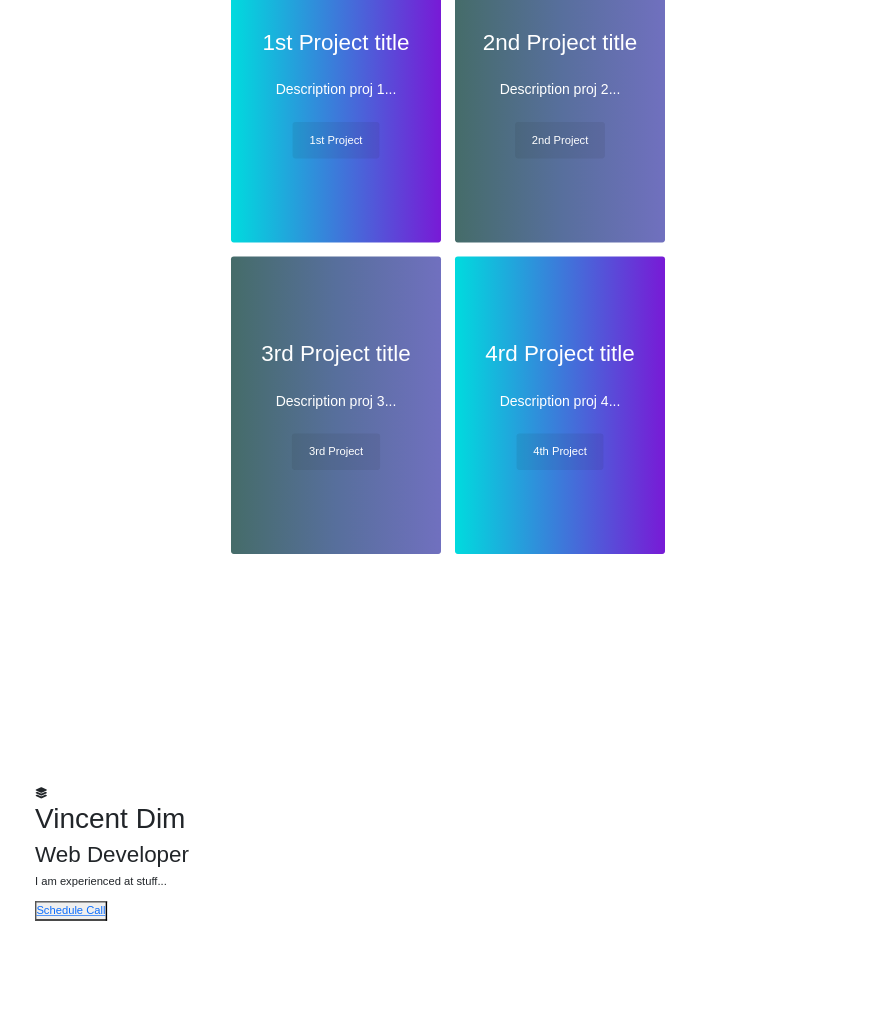
Repository: dvynchi/profile-2022
Page: index.html
These files come from the project's save history. The page is drawn as it stood at one moment and after the next save; the edit follows.
The browser window is 1280 px wide. The pictures show the part of the page from y = 1316 to 3236 px (the page is 2791 px tall before and 3236 px after), at 70% of full size.
A picture or video elsewhere on the page could not be fetched, so the positions and the page height are approximate. Some web libraries are served in a nearby version.

Above is the page before, as saved 2022-08-15 12:53:00.

### index.html
<!DOCTYPE html>
<html lang="en">
<head>
    <meta charset="UTF-8">
    <meta http-equiv="X-UA-Compatible" content="IE=edge">
    <meta name="viewport" content="width=device-width, initial-scale=1.0">
    <title>Vincent Dim</title>
    <!-- embed remote icon library -->
    <script src="https://kit.fontawesome.com/f634dfbd28.js" crossorigin="anonymous"></script>
    <link rel="stylesheet" href="styles.css">
    <!-- embed remote style sheet - bootstrap -->
    <link rel="stylesheet" href="https://cdn.jsdelivr.net/npm/bootstrap@5.2.0/dist/css/bootstrap.min.css" rel="stylesheet" integrity="sha384-gH2yIJqKdNHPEq0n4Mqa/HGKIhSkIHeL5AyhkYV8i59U5AR6csBvApHHNl/vI1Bx" crossorigin="anonymous">
</head>

<body>

    <!-- Navbar Section -->

    <nav class="navbar">
        <div class="navbar_container">
            <a href="#about" id="navbar_logo"><i class="fa fa-home fa" aria-hidden="true"></i></a>  <!--<a> is used to create hyperlink named color-->

            <!--create hamburger menu (3 bars)-->

            <div class="navbar_toggle" id="mobile-menu">
                <span class="bar"></span>
                <span class="bar"></span>
                <span class="bar"></span>
            </div>

            <!--CREATE NAV MENU-->

            <ul class="navbar_menu">
                <!-- <li class="navbar_item">
                    <a href="#home" class="navbar_links" id="home-page">Home</a>
                </li> -->

                <li class="navbar_item">
                    <a href="#about" class="navbar_links" id="about-page">About</a>
                </li>

                <li class="navbar_item">
                    <a href="#projects" class="navbar_links" id="projects-page">Projects</a>
                </li>

                <li class="navbar_item">
                    <a href="#contact" class="navbar_links" id="contact-page">Contact Me</a>
                </li>

            </ul>
        </div>
    </nav>

    <!-- ABOUT SECTION -->
    <div class="main" id="about">
        <div class="main_container">
             <!-- SIDE BAR SECTION -->
             <div class="row">
                <div class="col-md-4 mt-1">
                    <div class="card text-center sidebar">
                        <div class="card-body">
                            <img src="vincent-image.jpg" class="rounded-circle" width="150" alt="profile picture here">
                            <div class="mt-3"><h3>Vincent Dim</h3></div>
                        </div>
                    </div>
                </div>

                <div class="col-md-8 mt-1">
                    <div class="card mb-3 content">
                        <h1 class="m-3 pt-3">About</h1>
                        <div class="card-body">
                            <div class="row">
                                <div class="col-md-3"><h5>Name</h5></div>
                                <div class="col-md-9 text-secondary"> Vincent Dim </div>
                            </div>
                            <hr> <!-- line break -->

                            <div class="row">
                                <div class="col-md-3"><h5>Email</h5></div>
                                <div class="col-md-9 text-secondary"> dvynchi@gmail.com</div>
                            </div>
                            <hr> <!-- line break -->

                            <div class="row">
                                <div class="col-md-3"><h5>Phone</h5></div>
                                <div class="col-md-9 text-secondary">647 704 2657</div>
                            </div>
                            <hr> <!-- line break -->

                            <div class="row">
                                <div class="col-md-3"><h5>Address</h5></div>
                                <div class="col-md-9 text-secondary">118 Vaughan Street, Guelph, ON</div>
                            </div>
                        </div>
                    </div>

                    <div class="card mb-3 content">
                        <h1 class="m-3">Portfolio</h1>
                        <div class="card-body">
                            <div class="row">
                                <div class="col-md-3">
                                    <h5>Current Portfolio</h5>
                                </div>
                                <div class="col-md-9 text-secondary">Link</div>
                            </div>
                        </div>
                    </div>
                </div>
            </div>
        </div>
    </div>

    <!-- PROJECTS SECTION (use image tag in place of p to insert an image)-->

    <div class="projects" id="projects">
        <h1>My Projects</h1>
        <div class="projects_wrapper">
            <div class="projects_card">
                <h2>1st Project title</h2>
                <p>Description proj 1...</p>
                <div class="projects_btn"><button>1st Project</button></div>
            </div>
            <!-- ------------------------- -->
            <div class="projects_card">
                <h2>2nd Project title</h2>
                <p>Description proj 2...</p>
                <div class="projects_btn"><button>2nd Project</button></div>
            </div>
            <!-- ------------------------- -->
            <div class="projects_card">
                <h2>3rd Project title</h2>
                <p>Description proj 3...</p>
                <div class="projects_btn"><button>3rd Project</button></div>
            </div>
            <!-- ------------------------- -->
            <div class="projects_card">
                <h2>4rd Project title</h2>
                <p>Description proj 4...</p>
                <div class="projects_btn"><button>4th Project</button></div>
            </div>
        </div>
    </div>

    <!-- CONTACT SECTION (use image tag in place of p to insert an image)-->

    <div class="main" id="contact">
        <div class="main_container">
            <div class="main_img--container">
                <div class="main_img--card"><i class="fas fa-layer-group"></i></div>
            </div>
            <div class="main_content">
                <h1>Vincent Dim</h1>
                <h2>Web Developer</h2>
                <p>I am experienced at stuff...</p>
                <button class="main_btn"><a href="#">Schedule Call</a></button>
            </div>
        </div>
    </div>


    <!-- link app.js -->
    <!-- script tag is used to embed javascript-->
    <script src="app.js"></script>
</body>
</html>

### styles.css
* {
    box-sizing: border-box;
    margin: 0;
    padding: 0;
    font-family: 'Kumbh Sans', sans-serif;
    scroll-behavior: smooth;
}


/******************************************* NAVBAR SECTION ***********************************************/
.navbar {
    background: #131313;   /* Hex code */
    height: 80px;
    display: flex;
    justify-content: center;
    align-items: center;
    font-size: 1.4rem;        /* 1.4 x 16px */
    position: sticky;
    top: 0;
    z-index: 999;             /* so navbar is always on top when scrolling - prevents buttons from covering it*/
}

.navbar_container {
    display: flex;
    justify-content: space-between;
    text-align: center;
    height: 80px;
    z-index: 1;
    width: 100%;
    max-width: 1300px;
    margin: 0 auto ;           /* (top and bottom) (left and right) */
    padding: 0 50px;
}


/* id(#) is used to style only one element on the webpage */
/* class(.) is used to style multiple elements */


/* I added a logo as opposed to text */

#navbar_logo {
    margin: 10px;
    height: 60px;
    width: 60px;
    border-radius: 2px;
    display: flex;
    flex-direction: column;
    justify-content: center;
    color: #fff;
    background-image: linear-gradient(to right, #03324e 0%, #0e2d3e 100%);
}

.navbar_menu {
    display: flex;
    align-items: center;
    list-style: none;
}

.navbar_item {
    height: 80px;
}

.navbar_links {
    color: #fff;
    display: flex;
    align-items: center;
    justify-content: center;
    width: 125px;
    text-decoration: none;
    height: 100%;
    transition: all 0.3s ease;
}

/* button properties (if any)*/
.navbar_btn {
    display: flex;
    justify-content: center;
    align-items: center;
    padding: 0 1rem;
    width: 100%;
}

/* create color gradient for button --see uigradients.com */
.button {
    display: flex;
    justify-content: center;
    align-items: center;
    text-decoration: none;
    padding: 10px 20px;
    height: 100%;
    width: 100%;
    border: none;
    outline: none;
    border-radius: 4px;
    background: #833ab4;
    background: -webkit-linear-gradient(to right, #fcb045,#fd1d1d,#833ab4);
    background: linear-gradient(to right, #fcb045,#fd1d1d,#833ab4);
    color: #fff;
    transition: all 0.3s ease;
}

/* nav links glow upon hover */

.navbar_links:hover {
    color:#9518fc;
    transition: all 0.3s ease;
}

/* RESPONSIVENESS */
/* site adjusts width of display */
/* If [device width] is less than or equal to max-width do {..} */

@media screen and (max-width: 960px) {
    .navbar_container {
        display: flex;
        justify-content: space-between;
        height: 80px;
        z-index: 1;
        width: 100%;
        max-width: 1300px;
        padding: 0;
    }

    /* DROPDOWN PROPERTIES */
    .navbar_menu {
        display: grid;
        grid-template-columns: auto;
        margin: 0;
        width: 100%;
        position: absolute;
        top: -1000px;               /* Prevents navbar from clustering together if page is below max-width. Must be used with position absolute */
        opacity: 1;
        transition: all 0.5s ease;
        z-index: -1;
    }

    .navbar_menu.active {
        background: #131313;
        top: 100%;
        opacity: 1;
        transition: all 0.5s ease;
        z-index: 99;
        height: 40vh;
        font-size: 1.6rem;
    }

    #navbar_logo {
        padding-left: 1px;       /* original padding was 25px */
    }

    /* HAMBURGER SECTION */

    .navbar_toggle .bar {
        width: 25px;
        height: 3px;
        margin: 5px auto;
        transition: all 0.3s ease-in-out;
        background: #fff;
    }

    .navbar_item {
        width: 100%;
    }
     .navbar_links {
        text-align: center;
        padding: 2rem;
        width: 100%;
        display: table;
    }

    .navbar_btn  {
        padding-bottom: 2rem;
    }

    .button
    {
        display: flex;
        justify-content: center;
        align-items: center;
        width: 80%;
        height: 80px;
        margin: 0;
    }

    /* HAMBURGER */

    #mobile-menu
    {
        position: absolute;
        top: 20%;
        right: 5%;
        transform: translate(5%, 20%);
    }

    .navbar_toggle .bar
    {
        display: block;
        cursor: pointer;
    }

    /* hamburger menu animation (see app.js) */
    /* hamburger menu id was defined as 'mobile-menu' in index.html */
    /* rotate bars 1,3; but hide bar 2 */

    #mobile-menu.is-active .bar:nth-child(2)
    {
        opacity: 0;
    }
    #mobile-menu.is-active .bar:nth-child(1)
    {
        transform: translateY(8px) rotate(45deg);
    }
    #mobile-menu.is-active .bar:nth-child(3)
    {
        transform: translateY(-8px) rotate(-45deg);
    }

}


/* SCROLL ATTRIBUTE */
.highlight {
    border-bottom: 4px solid rgb(132, 0, 255);
}

/******************************************* ABOUT SECTION ***********************************************/

.main
{
    background-color:  white;
    padding: 10rem 0;
}

.main_container
{
    display: grid;
    grid-template-columns: 1fr;      /*original was 1fr 1fr - split into two halves but not enough space */
    align-items: center;
    justify-content: center;
    margin: 0 auto;
    height: 90%;
    z-index: 1;
    width: 100%;
    max-width: 1300px;
    padding: 0 50px;
}








/* Mobile Responsiveness for About Section */

@media screen and (max-width: 1100px)
{
    main_container
    {
        display: grid;
        grid-template-columns: 1fr;
        align-items: center;
        justify-content: center;
        width: 100%;
        margin: 0 auto;
        height: 90%;
    }

    /* .main_img--container
    {
        display: flex;
        justify-content: center;
    }

    .main_img--card
    {
        height: 425px;
        width: 425px;
    } */

    .main_content
    {
        text-align:center;
        margin-bottom: 4rem;
    }

    .main_content h1
    {
        font-size: 2.5rem;
        margin-top: 2rem;
    }

    .main_content h2
    {
        font-size: 2.5rem;
    }

    .main_content p
    {
        font-size: 1rem;
        margin-top: 1.5rem;
    }
}


/******************************************* PROJECTS SECTION ***********************************************/

.projects {
    background: white;
    display: flex;
    flex-direction: column;
    justify-content: center;
    align-items: center;
    height: 100%;
    padding: 10rem 0;
  }

.projects h1 {
    background-color: #6207c4;
    background-image: linear-gradient(to top, #10234c 0%, #724030 100%);
    background-size: 100%;
    -webkit-background-clip: text;
    -moz-background-clip: text;
    -webkit-text-fill-color: transparent;
    -moz-text-fill-color: transparent;
    margin-bottom: 5rem;
    font-size: 2.5rem;
}

.projects_wrapper {
    display: grid;
    grid-template-columns: 1fr 1fr 1fr;     /* add more per new project */
    grid-template-rows: 1fr;
}

/* Add color to each card */

.projects_card {
    margin: 10px;
    height: 425px;
    width: 300px;
    border-radius: 4px;
    display: flex;
    flex-direction: column;
    justify-content: center;
    color: #fff;
    background-image: linear-gradient(to right, #00dbde 0%, #781ad6 100%);
    transition: 0.3s ease-in;
}

.projects_card:nth-child(2) {
    background: #7F7FD5;  /* fallback for old browsers */
    background: -webkit-linear-gradient(to right, #3b837e, #627aa6, #6f6fb9);  /* Chrome 10-25, Safari 5.1-6 */
    background: linear-gradient(to right, #456c69, #576f9c, #7070bf);
}

.projects_card:nth-child(3) {
    background: #7F7FD5;  /* fallback for old browsers */
    background: -webkit-linear-gradient(to right, #3b837e, #627aa6, #6f6fb9);  /* Chrome 10-25, Safari 5.1-6 */
    background: linear-gradient(to right, #456c69, #576f9c, #7070bf);
}

/* .projects_card:nth-child(4) {
    background: #7F7FD5;
    background: -webkit-linear-gradient(to right, #3b837e, #627aa6, #6f6fb9);
    background: linear-gradient(to right, #456c69, #576f9c, #7070bf);
} */

.projects_card h2 {
    text-align: center;
}

.projects_card p {
    text-align: center;
    margin-top: 24px;
    font-size: 20px;
}

.projects_btn {
    display: flex;
    justify-content: center;
    margin-top: 16px;
}

/* button properties and animation. The entire card is the button */

.projects_card button {
    color: #fff;
    padding: 14px 24px;
    border: none;
    outline: none;
    border-radius: 4px;
    background: #13131313;
    font-size: 1rem;
}

.projects_card button:hover {
    cursor: pointer;
}

.projects_card:hover {
    transform: scale(1.075);
    transition: 0.3s ease-in;
    cursor: pointer;
}

/* split cards into grid at specified browser width */

@media screen and (max-width: 1300px) {
    .projects_wrapper {
        grid-template-columns: 1fr 1fr;
    }
}

@media screen and (max-width: 768px) {
    .projects_wrapper {
        grid-template-columns: 1fr;
    }
}

### app.js
const ham = document.querySelector('#mobile-menu');
const hamLinks = document.querySelector('.navbar_menu');
// const navLogo = document.querySelector('#navbar_logo')

/* display mobile menu using arrow function */
/* toggle the "is-active" class made in css */

const mobileMenu = () =>
{
    ham.classList.toggle('is-active');
    hamLinks.classList.toggle('active');
};

/* Run hamMenu function upon click */
ham.addEventListener('click', mobileMenu);

After the next save:
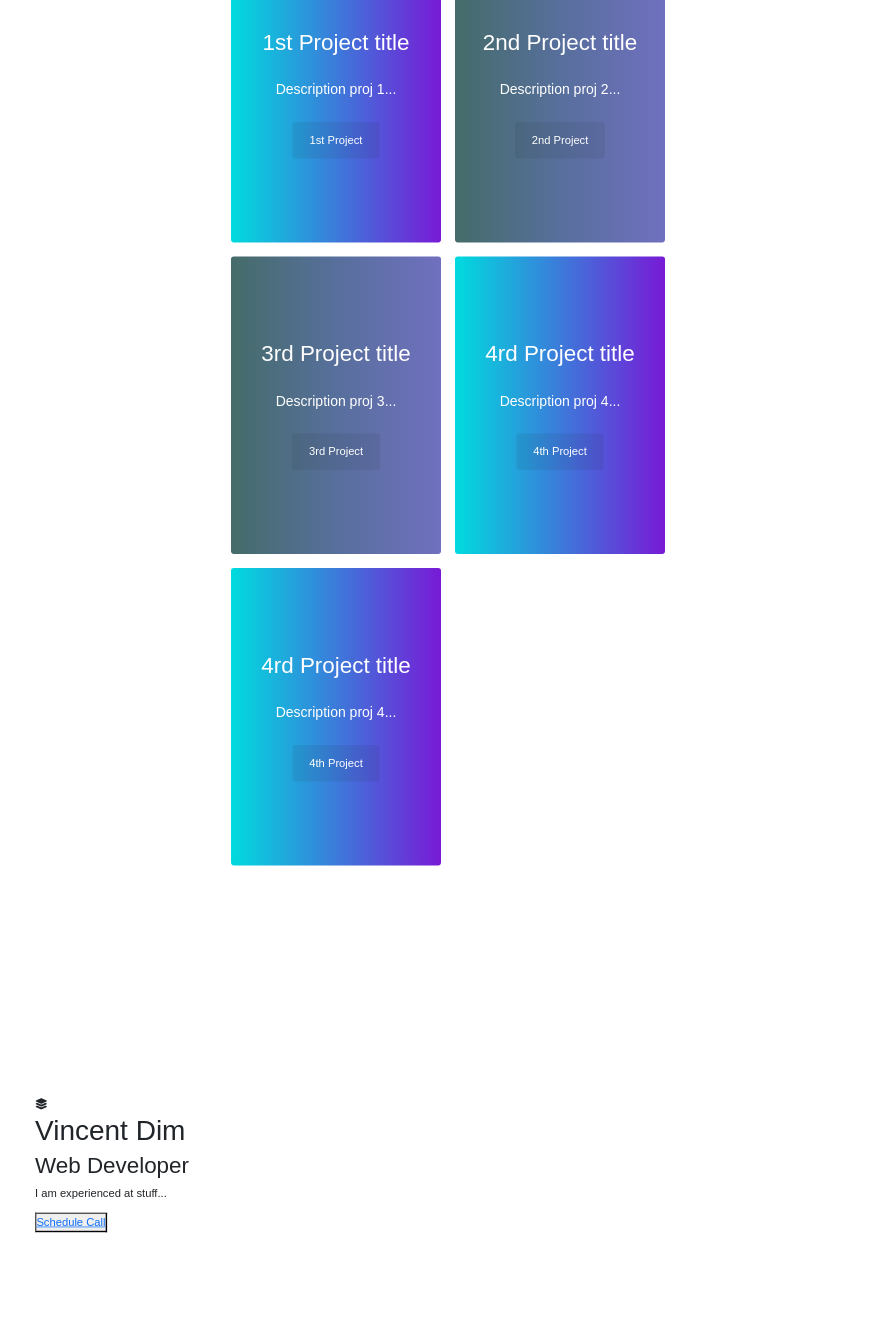
Saved 53 s later.
--- a/index.html
+++ b/index.html
@@ -138,6 +138,12 @@
                 <p>Description proj 4...</p>
                 <div class="projects_btn"><button>4th Project</button></div>
             </div>
+            <!-- ------------------------- -->
+            <div class="projects_card">
+                <h2>4rd Project title</h2>
+                <p>Description proj 4...</p>
+                <div class="projects_btn"><button>4th Project</button></div>
+            </div>
         </div>
     </div>
 
